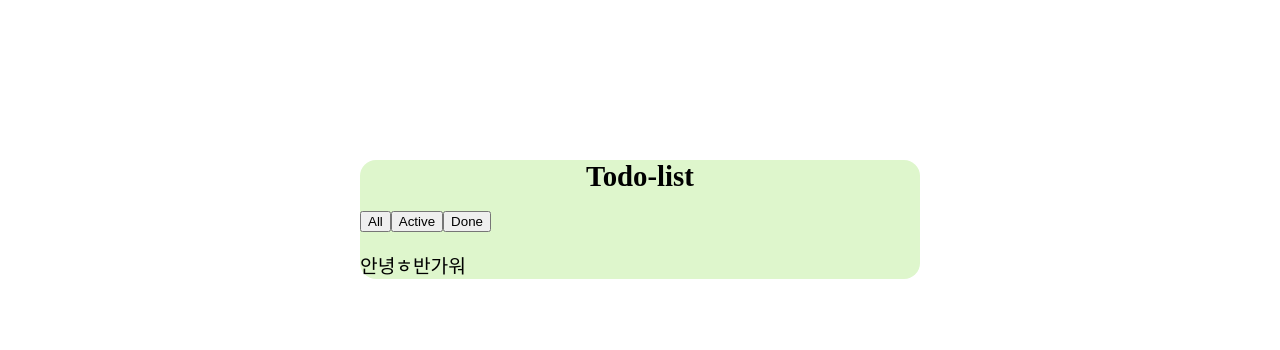
Repository: Yugayoung/todoList
Page: /
An editor plug-in stored every save of this project. The page is shown before and after the next save, followed by the edit.
The browser window is 1280 px wide. The pictures show the whole page.
Some web fonts or font styles are not loaded; a fallback is used. The project was rebuilt for these pictures with package versions that can differ from the ones it lists, and the page was loaded fresh each time. Also part of the build but not shown: src/App.css.

Above is the page before, as saved 2024-03-21 01:05:11.

After the next save:
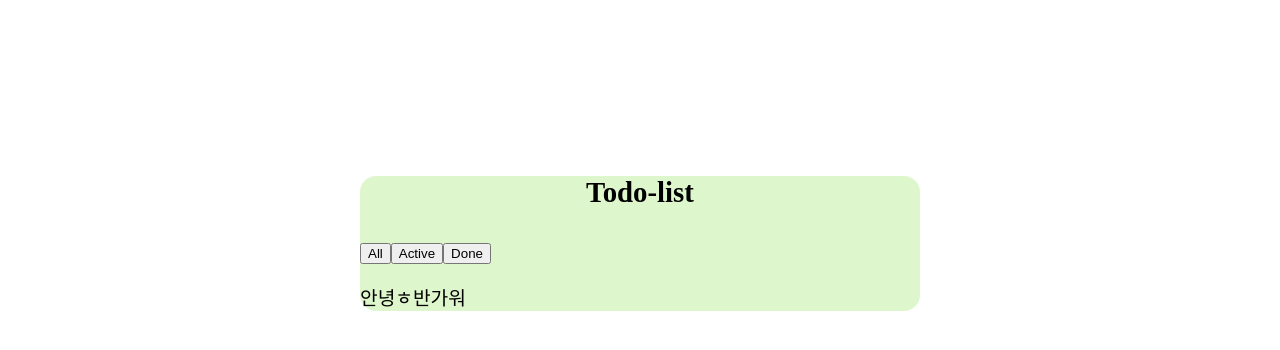
Saved 6 s later.
--- a/src/pages/todo.jsx
+++ b/src/pages/todo.jsx
@@ -4,7 +4,7 @@
 const Title = styled.h2`
   text-align: center;
   font-weight: bold;
-  margin: 1rem;
+  margin: 2rem;
 `;
 
 const TodoList = styled.section`

After the save that followed:
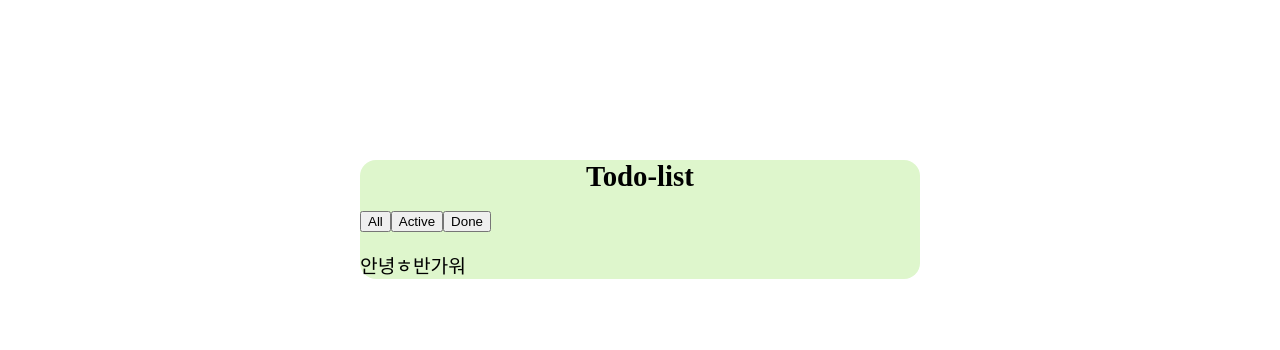
Saved 6 s later.
--- a/src/pages/todo.jsx
+++ b/src/pages/todo.jsx
@@ -4,7 +4,7 @@
 const Title = styled.h2`
   text-align: center;
   font-weight: bold;
-  margin: 2rem;
+  margin: 1rem;
 `;
 
 const TodoList = styled.section`
